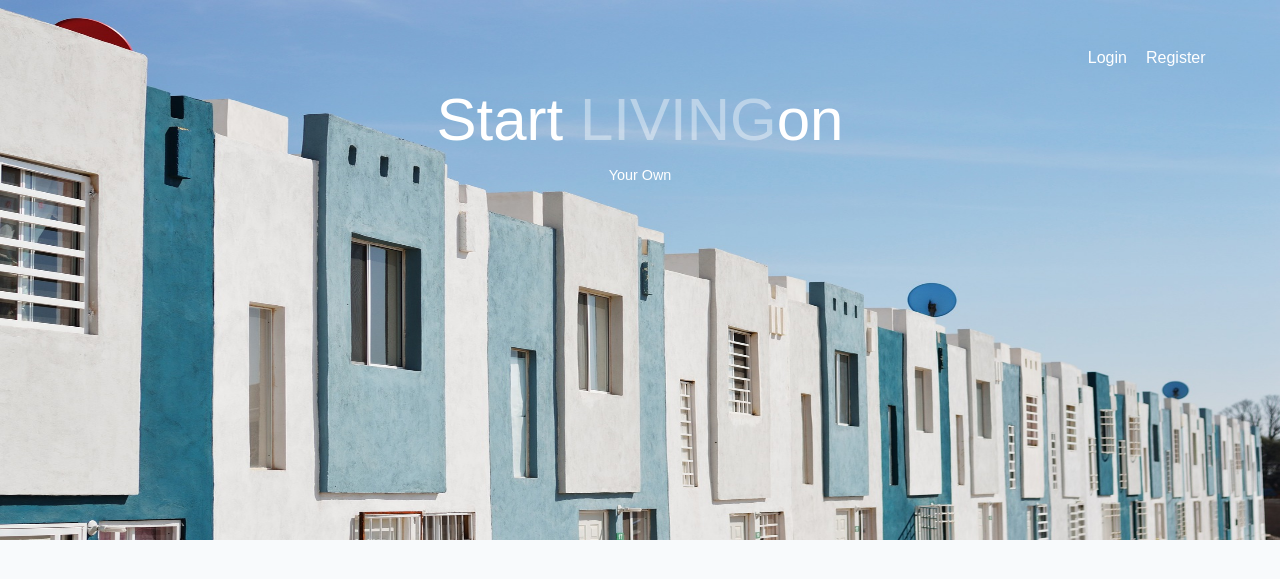
Repository: PatryxB/buildHouse
Page: http://localhost/
An editor plug-in stored every save of this project. The page is shown before and after the next save, followed by the edit.
The browser window is 1280 px wide. The pictures show the whole page.
Some web fonts or font styles are not loaded; a fallback is used. The page is served by the project's Laravel application, run on PHP 8.4 with Laravel 8. Style sheets and scripts are compiled from the project's sources, by tool versions that may differ from the author's.

Above is the page before, as saved 2020-04-30 20:23:48.

After the next save:
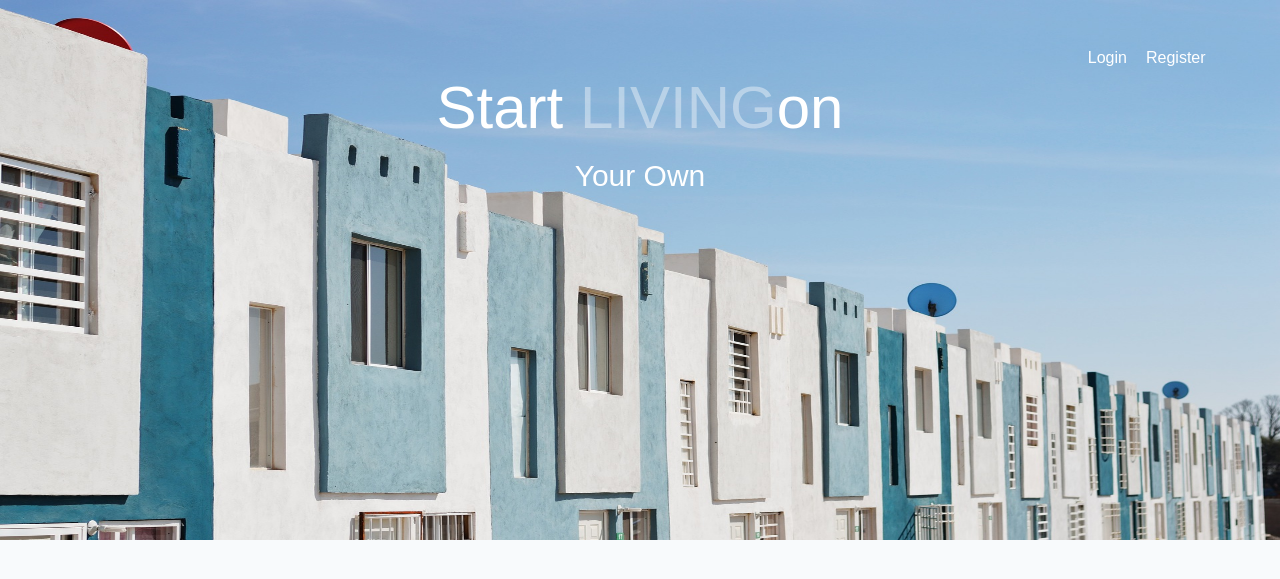
Saved 26 s later.
--- a/resources/views/welcome.blade.php
+++ b/resources/views/welcome.blade.php
@@ -18,7 +18,7 @@
                 <img src="{{asset('/img/housebanner.jpg')}}" alt="">
                 <div class="text-banner">
                     <h1 style="font-size:60px">Start <span style="opacity: .4;">LIVING</span>on</h1>
-                    <p>Your Own</p>
+                    <p style="font-size:30px">Your Own</p>
                 </div>
             </div>
         </section>
